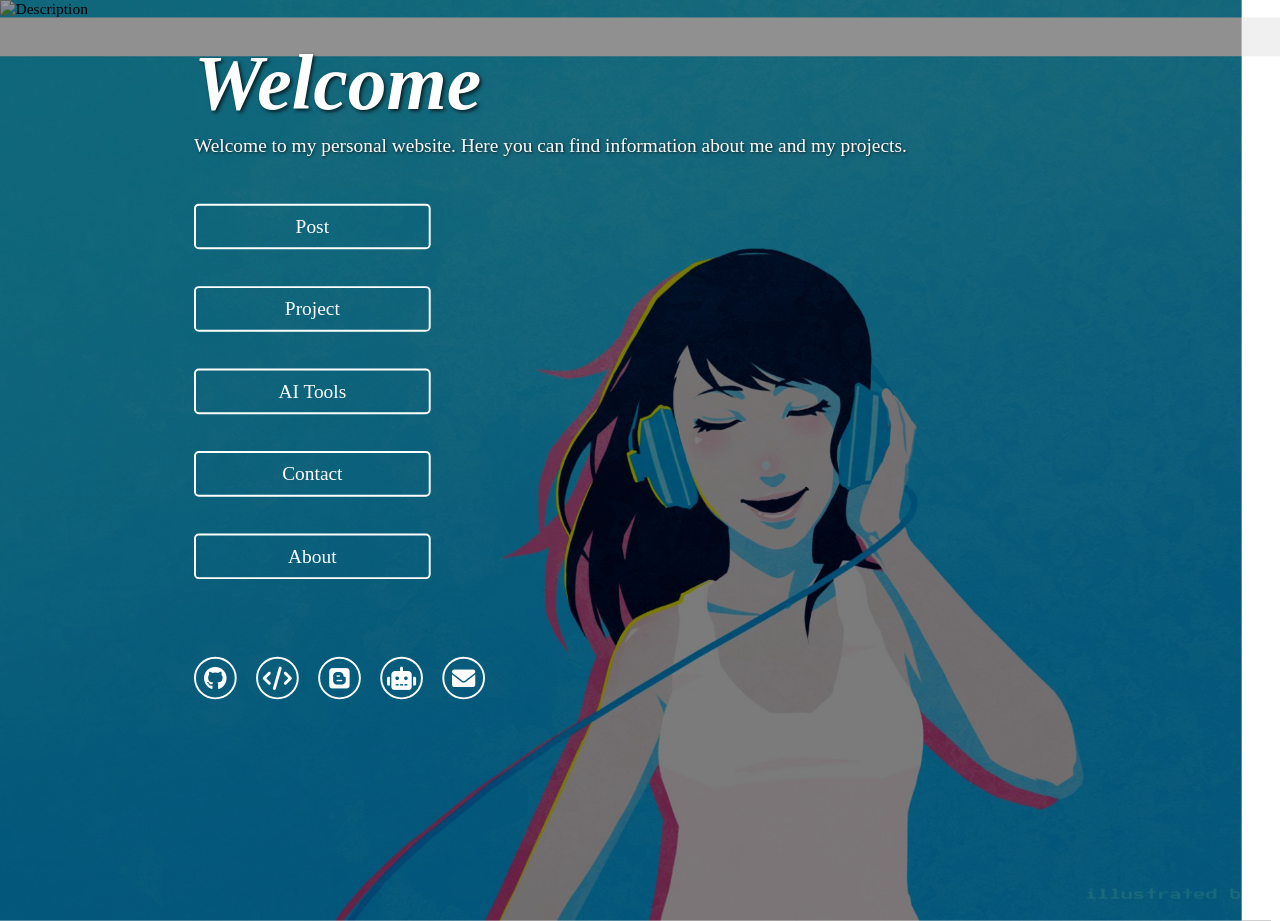
Repository: cydxf/cydxf.github.io
Page: index.html
An editor plug-in stored every save of this project. The page is shown before and after the next save, followed by the edit.
The browser window is 1280 px wide. The page is 1320 px wide, then 1280 px, so the pictures cover 1320 px, including what lies to the right of the window. The pictures show the whole page, at 97% of full size.

Above is the page before, as saved 2024-08-02 04:02:50.
Not found: your-image-url.jpg

### index.html
<!DOCTYPE html>
<html lang="en">
<head>
    <meta charset="UTF-8">
    <meta name="viewport" content="width=device-width, initial-scale=1.0">
    <title>My Personal Website</title>
    <link rel="stylesheet" href="css/styles.css">
    <link rel="stylesheet" href="https://cdnjs.cloudflare.com/ajax/libs/font-awesome/6.0.0-beta3/css/all.min.css">
</head>
<body>
    <main>
        <section id="home" class="hero">
            <div class="hero-content">
                <h1>Welcome</h1>
                <p>Welcome to my personal website. Here you can find information about me and my projects.</p>
                <div class="button-group">
                    <a href="https://example.com" class="button">Post</a>
                    <a href="https://example.com" class="button">Project</a>
                    <a href="https://example.com" class="button">AI Tools</a>
                    <a href="https://example.com" class="button">Contact</a>
                    <a href="https://example.com" class="button">About</a>
                </div>
                <div class="social-buttons">
                    <a href="https://github.com/cydxf" class="social-button" aria-label="GitHub"><i class="fab fa-github"></i></a>
                    <a href="https://www.luogu.com.cn" class="social-button" aria-label="Luogu"><i class="fas fa-code"></i></a>
                    <a href="https://www.csdn.net" class="social-button" aria-label="CSDN"><i class="fab fa-blogger"></i></a>
                    <a href="https://chat.openai.com" class="social-button" aria-label="OpenAI"><i class="fas fa-robot"></i></a>
                    <a href="mailto:2814489090@qq.com" class="social-button" aria-label="Email"><i class="fas fa-envelope"></i></a>
                </div>
            </div>
        </section>
        <div class="image-container">
            <img src="your-image-url.jpg" alt="Description">
            <div class="gray-background">
                <!-- 在这里可以添加你想要的内容 -->
            </div>
        </div>
        <section id="contact">
            <h2>Contact</h2>
            <p>If you want to get in touch, please contact me via email.</p>
        </section>
    </main>
    <footer>
        <p>&copy; 2024 Huang Jiaxi</p>
    </footer>
    <script src="js/script.js"></script>
    </head>
</body>
</html>

### css/styles.css
body, html {
    margin: 0;
    padding: 0;
    height: 100%;
    width: 100%;
}

.hero {
    position: absolute;
    width: 100%;
    height: 131.8vh; /* Viewport height */
    left: 0;
    top: 0;
    background-image: url('../resource/image/shigiChannelArt_clean.jpg'); /* 首页大图  */
    background-size: cover;
    background-position: center;
    background-repeat: no-repeat;
    color: #fff;
    display: flex;
    justify-content: flex-start;
    align-items: flex-start;
    text-align: left;
}

.hero:before{
    content: '';
    position: absolute;
    top: 0;
    left: 0;
    width: 100%;
    height: 100%;
    background: rgba(0, 0, 0, 0.4);
    z-index: 1;
}

.hero-content {
    position: relative;
    z-index: 2;
    padding: 40px;
    margin-left: 160px;
}

.hero h1 {
    font-style: italic;
    font-size: 5rem; /* 适当调整标题字体大小 */
    margin: 0;
    padding: 0;
    text-shadow: 2px 2px 4px rgba(0, 0, 0, 0.7); /* 添加文本阴影使其更清晰 */
}

.hero p {
    font-style:initial;
    font-size: 1.25rem; /* 适当调整副标题字体大小 */
    margin-top: 0.5rem;
    text-shadow: 1px 1px 3px rgba(0, 0, 0, 0.7); /* 添加文本阴影使其更清晰 */
}

.button-group {
    display: flex;
    flex-direction: column; /* Stack buttons vertically */
    gap: 10px; /* Space between buttons */
}

.button {
    display: inline-block;
    padding: 10px 20px;
    margin-top: 28px; /* Adds spacing between text and button */
    font-size: 1.25rem;
    color: #fff; /* Text color */
    background-color: transparent; /* Transparent background */
    border: 2px solid #fff; /* White border */
    border-radius: 5px;
    text-decoration: none;
    text-align: center;
    transition: background-color 0.3s ease, color 0.3s ease; /* Smooth transition on hover */
    max-width: 200px; /* Limit maximum width */
    width: auto; /* Allow width to adjust based on content */
}

.button:hover {
    background-color: #fff; /* White background on hover */
    color: #000; /* Change text color on hover if needed */
    border-color: #fff; /* Keep border color white on hover */
}

.social-buttons {
    display: flex;
    gap: 20px; /* Space between social buttons */
    margin-top: 80px; /* Add spacing above social buttons */
}

.social-button {
    display: inline-flex;
    align-items: center;
    justify-content: center;
    width: 40px; /* Set width for icon buttons */
    height: 40px; /* Set height for icon buttons */
    font-size: 1.5rem; /* Adjust icon size */
    color: #fff; /* Icon color */
    background-color: transparent; /* Transparent background */
    border: 2px solid #fff; /* White border */
    border-radius: 50%; /* Circular button */
    text-decoration: none;
    transition: background-color 0.3s ease, color 0.3s ease; /* Smooth transition on hover */
}

.social-button:hover {
    background-color: #fff; /* White background on hover */
    color: #000; /* Change icon color on hover */
    border-color: #fff; /* Keep border color white on hover */
}

.image-container {
    position: relative;
    width: 100%; /* 确保图片容器的宽度 */
    margin: 0; /* 去除可能存在的默认外边距 */
}

.image-container img {
    display: block;
    width: 100%; /* 确保图片填满容器 */
    height: auto; /* 自适应高度 */
}

.gray-background {
    background-color: #f0f0f0; /* 灰色背景色 */
    padding: 20px; /* 内边距，调整内容的间距 */
    text-align: center; /* 可选，调整内容的对齐方式 */
    margin-top: 0; /* 确保与图片无间隙 */
    width: 100%; /* 确保灰色背景块填满容器宽度 */
}

### js/script.js
document.addEventListener("DOMContentLoaded", function() {
    const links = document.querySelectorAll("nav ul li a");

    links.forEach(link => {
        link.addEventListener("click", function(event) {
            event.preventDefault();
            const targetId = this.getAttribute("href").substring(1);
            const targetSection = document.getElementById(targetId);
            window.scrollTo({
                top: targetSection.offsetTop,
                behavior: "smooth"
            });
        });
    });
});

After the next save:
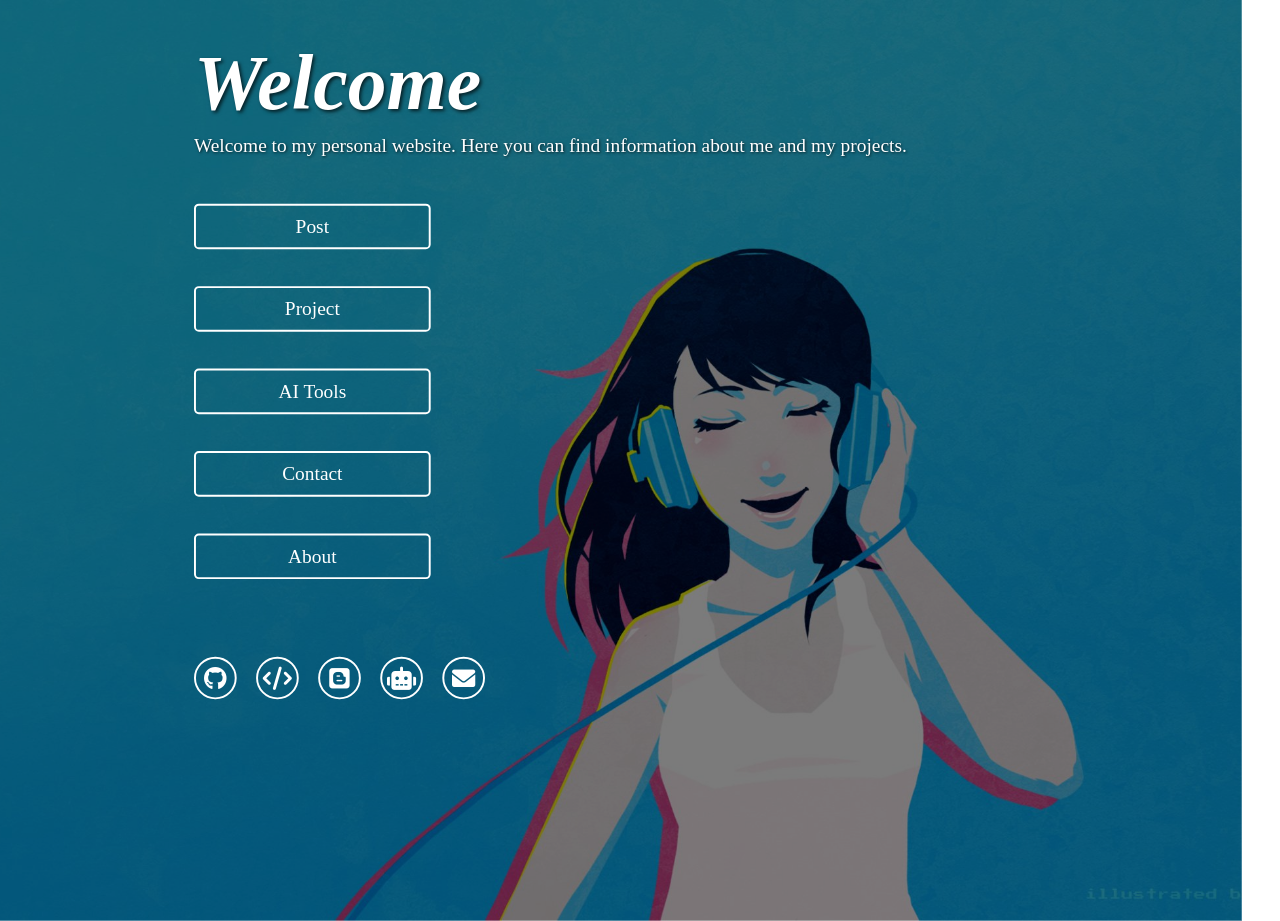
Saved 11 s later.
--- a/css/styles.css
+++ b/css/styles.css
@@ -109,23 +109,3 @@ body, html {
     color: #000; /* Change icon color on hover */
     border-color: #fff; /* Keep border color white on hover */
 }
-
-.image-container {
-    position: relative;
-    width: 100%; /* 确保图片容器的宽度 */
-    margin: 0; /* 去除可能存在的默认外边距 */
-}
-
-.image-container img {
-    display: block;
-    width: 100%; /* 确保图片填满容器 */
-    height: auto; /* 自适应高度 */
-}
-
-.gray-background {
-    background-color: #f0f0f0; /* 灰色背景色 */
-    padding: 20px; /* 内边距，调整内容的间距 */
-    text-align: center; /* 可选，调整内容的对齐方式 */
-    margin-top: 0; /* 确保与图片无间隙 */
-    width: 100%; /* 确保灰色背景块填满容器宽度 */
-}
